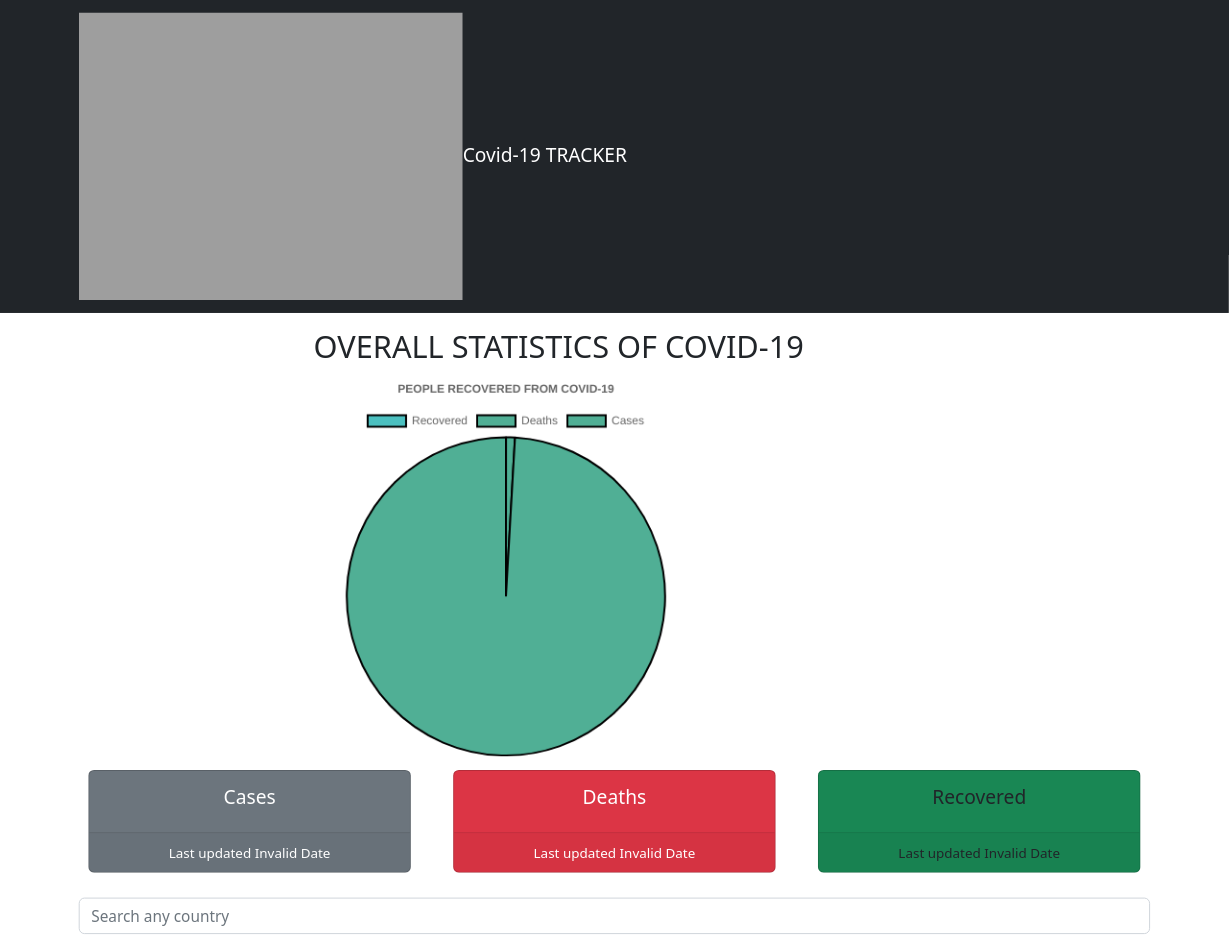
Repository: azizdeghais/CovidTracker
Page: /
These files come from the project's save history. The page is drawn as it stood at one moment and after the next save; the edit follows.
The browser window is 1280 px wide. The pictures show the whole page, at 96% of full size.
Pictures or frames that could not be fetched are drawn as grey boxes. The page's requests for data from a server got no answer. The project was rebuilt for these pictures with package versions that can differ from the ones it lists, and the page was loaded fresh each time. No one was signed in, and anything a server would have sent is missing. Also part of the build but not shown: vite.config.js.

Above is the page before, as saved 2023-03-10 17:39:36.

### index.html
<!DOCTYPE html>
<html lang="en">
  <head>
    <meta charset="UTF-8" />
    <link rel="icon" type="image/svg+xml" href="/vite.svg" />
    <meta name="viewport" content="width=device-width, initial-scale=1.0" />
    <title>Covid-19 Tracker</title>

  </head>
  <body>
    <div id="root"></div>
    <script type="module" src="/src/main.jsx"></script>
  </body>
</html>

### src/main.jsx
import React from 'react'
import ReactDOM from 'react-dom/client'
import App from './App'
import 'bootstrap/dist/css/bootstrap.min.css';


ReactDOM.createRoot(document.getElementById('root')).render(
  <React.StrictMode>
    <App />
  </React.StrictMode>,
)

### src/App.jsx
import React, { useEffect,useState } from 'react'

import Chart from "chart.js/auto";
import { CategoryScale } from "chart.js";
import PieChart from './components/PieChart';
import { Data } from './utils/Data';


import axios from 'axios'
import Container from 'react-bootstrap/Container';
import Row from 'react-bootstrap/Row';
import Col from 'react-bootstrap/Col';
import Card from 'react-bootstrap/Card';
import Stack from 'react-bootstrap/Stack';
import Form from 'react-bootstrap/Form';



import './App.css'
import Nav from './components/Nav';



Chart.register(CategoryScale);


function App() {

  const [chartData, setChartData] = useState({
    labels: Data.map((data) => data.year),
    datasets: [
      {
        label: "Users Gained ",
        data: Data.map((data) => data.userGain),
        backgroundColor: [
          "rgba(75,192,192,1)",
          "#50AF95",
          "#50AF95",
          "#f3ba2f",
          "#2a71d0"
        ],
        borderColor: "black",
        borderWidth: 2
      }
    ]
  })
  const [latest,setLatest]=useState([])
  const [results,setResults]=useState([])
  const [searchCountries,setSearchCountries]=useState('')


  useEffect(()=>{
    axios.all([
      axios.get('https://corona.lmao.ninja/v3/covid-19/all'),
      axios.get('https://corona.lmao.ninja/v3/covid-19/countries')
  ])

    .then(resArr=>{
           setLatest(resArr[0].data)
           setResults(resArr[1].data)
    })
    .catch(err=>{
      console.log(err)
    })
  },[])

  const date=new Date(parseInt(latest.updated));
  const lastUpdated=date.toString();

  const filterCountries=results.filter(item=>{
    return searchCountries !== ''
     ? item.country.includes(searchCountries)
     : item
   })

   const countries = filterCountries.map((data,i)=>{
    return (
      <Card
      key={i}
      bg='light'
      text='dark'
      className='text-center'
      style={{margin:'10px'}}
      >
        <Card.Img variant='top' src={data.countryInfo.flag} />
      <Card.Body>
        <Card.Title>{data.country}</Card.Title>
        <Card.Text>Cases: {data.cases}</Card.Text>
        <Card.Text>Deaths: {data.deaths}</Card.Text>
        <Card.Text>Recovered: {data.recovered}</Card.Text>
        <Card.Text>Today's cases: {data.todayCases}</Card.Text>
        <Card.Text>Today's deaths: {data.todayDeaths}</Card.Text>
        <Card.Text>Active {data.active}</Card.Text>


      </Card.Body>

      </Card>

    )
   })




  return (
    <>
    <Nav/>
    <Container>
    <div  style={{width:'1000px',height:'400px',marginBottom:'50px',display:'flex',flexDirection:'row',justifyContent:'center'}}>
        <PieChart chartData={chartData}/>
    </div>

      <Row className='mb-3'>
        <Col>
          <Card className='text-center' bg='secondary' text='white' style={{margin:'10px'}} >
            <Card.Body>
              <Card.Title>Cases</Card.Title>
              <Card.Text>
                {latest.cases}
              </Card.Text>
            </Card.Body>
            <Card.Footer>
              <small>Last updated {lastUpdated}</small>
            </Card.Footer>
          </Card>
        </Col>
        <Col>
          <Card className='text-center' bg='danger' text='white' style={{margin:'10px'}}>
            <Card.Body>
              <Card.Title>Deaths</Card.Title>
              <Card.Text>
                {latest.deaths}
              </Card.Text>
            </Card.Body>
            <Card.Footer>
            <small>Last updated {lastUpdated}</small>

            </Card.Footer>
          </Card>
        </Col>
        <Col>
          <Card className='text-center' bg='success' style={{margin:'10px'}} >
            <Card.Body>
              <Card.Title>Recovered</Card.Title>
              <Card.Text>
               {latest.recovered}
              </Card.Text>
            </Card.Body>
            <Card.Footer>
            <small>Last updated {lastUpdated}</small>

            </Card.Footer>
          </Card>
        </Col>
      </Row>
      <Form className='mb-3'>
      <Form.Group >
        <Form.Control
         type='text'
         placeholder='Search any country'
         onChange={e=> setSearchCountries(e.target.value)} />
      </Form.Group>
      </Form>
      <div className='countries-list'>
      {countries}
      </div>


    </Container>
    </>
  )
}

export default App

### src/components/PieChart.jsx
import React from "react";
import { Pie } from "react-chartjs-2";

function PieChart({ chartData }) {
  return (
    <div className="chart-container">
      <h2 style={{ textAlign: "center" }}>OVERALL STATISTICS OF COVID-19 </h2>
      <Pie
        data={chartData}
        options={{
          plugins: {
            title: {
              display: true,
              text: "PEOPLE RECOVERED FROM COVID-19"
            }
          }
        }}
       width={600}
       height={100}
      />
    </div>
  );
}
export default PieChart;

### src/utils/Data.js
export const Data = [
    {
      id: 1,
      year: 'Recovered',
      userGain: 80000,
    },
    {
      id: 2,
      year: 'Deaths',
      userGain: 6866434,
    },
    {
      id: 3,
      year: 'Cases',
      userGain: 759408703,
    },

  ];

### src/App.css
.countries-list{
    display:flex;
    flex-direction:row;
    width: '1000px';
    flex-wrap: wrap;
    justify-content: space-between;
}

### src/components/Nav.jsx
import React from 'react'
import Container from 'react-bootstrap/Container';
import Navbar from 'react-bootstrap/Navbar';

const Nav = () => {
  return (
    <>

    <Navbar bg="dark" variant="dark" className='mb-3'>
      <Container>
        <Navbar.Brand href="#home">
        <img src="https://img.icons8.com/color/48/null/coronavirus--v1.png"/>
          Covid-19 TRACKER
        </Navbar.Brand>
      </Container>
    </Navbar>
  </>
  )
}

export default Nav

After the next save:
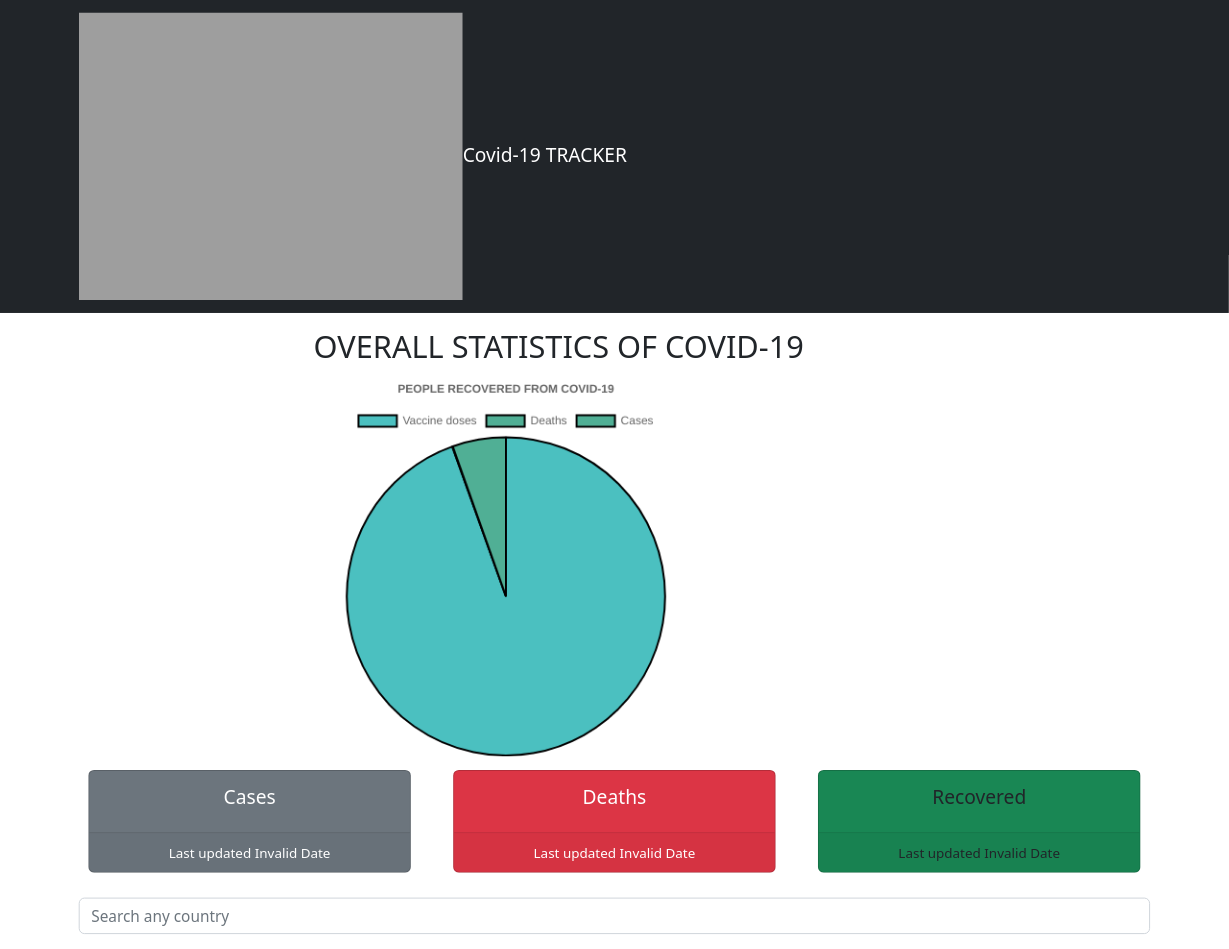
Saved 31 s later.
--- a/src/utils/Data.js
+++ b/src/utils/Data.js
@@ -1,8 +1,8 @@
 export const Data = [
     {
       id: 1,
-      year: 'Recovered',
-      userGain: 80000,
+      year: 'Vaccine doses',
+      userGain: 13229166046,
     },
     {
       id: 2,
